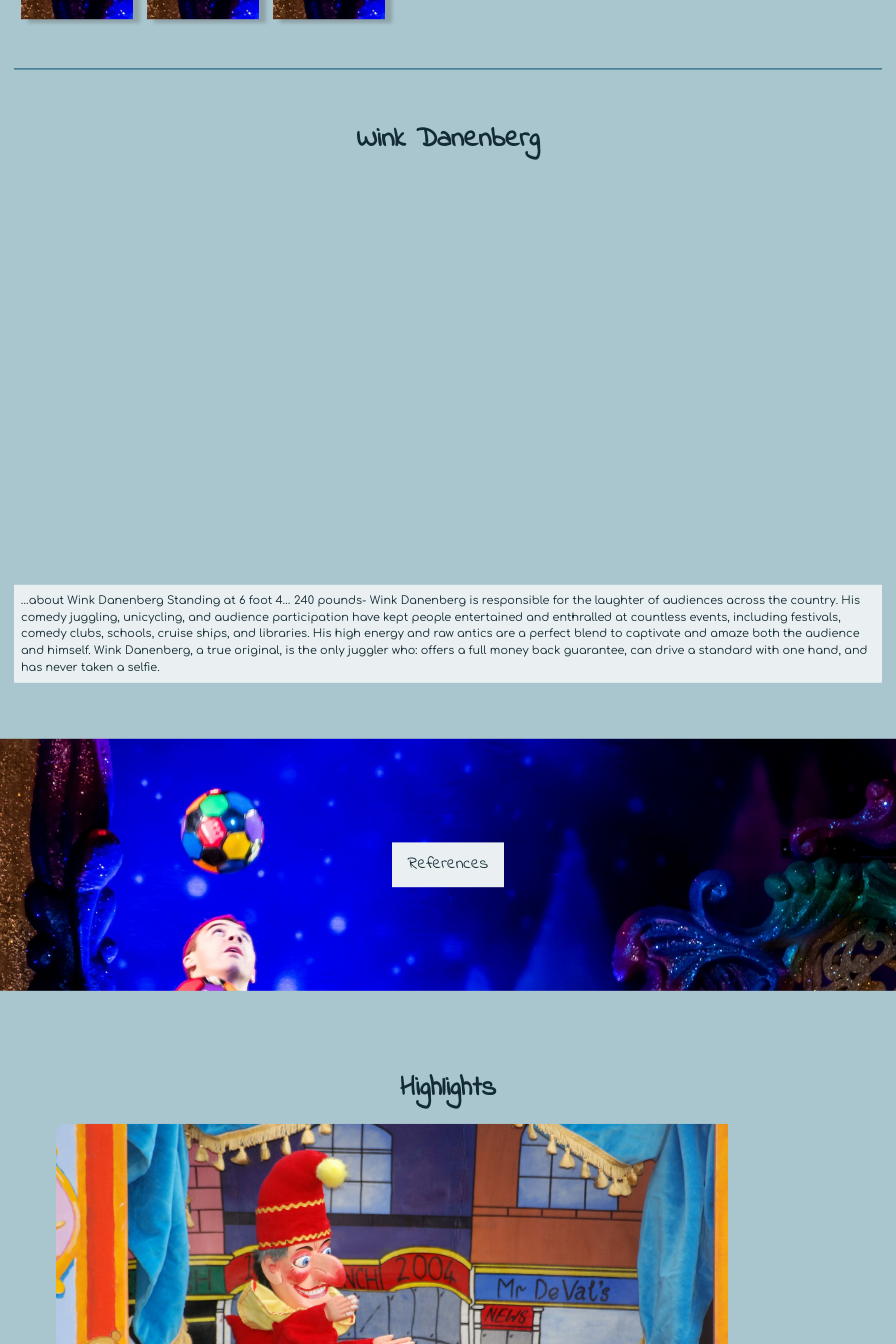
Repository: Sbethm/wink
Page: index.html
The author's editor kept a copy of each file at every save. The page is drawn from the files as they stood at one save, then again after the next save.
The browser window is 1280 px wide. The pictures show the part of the page from y = 1158 to 3078 px (the page is 5480 px tall), at 70% of full size.
The style sheet was rebuilt from its Sass, Less or Tailwind sources for each picture, by a compiler version that may differ from the author's.

Above is the page before, as saved 2021-08-31 13:19:34.

After the next save:
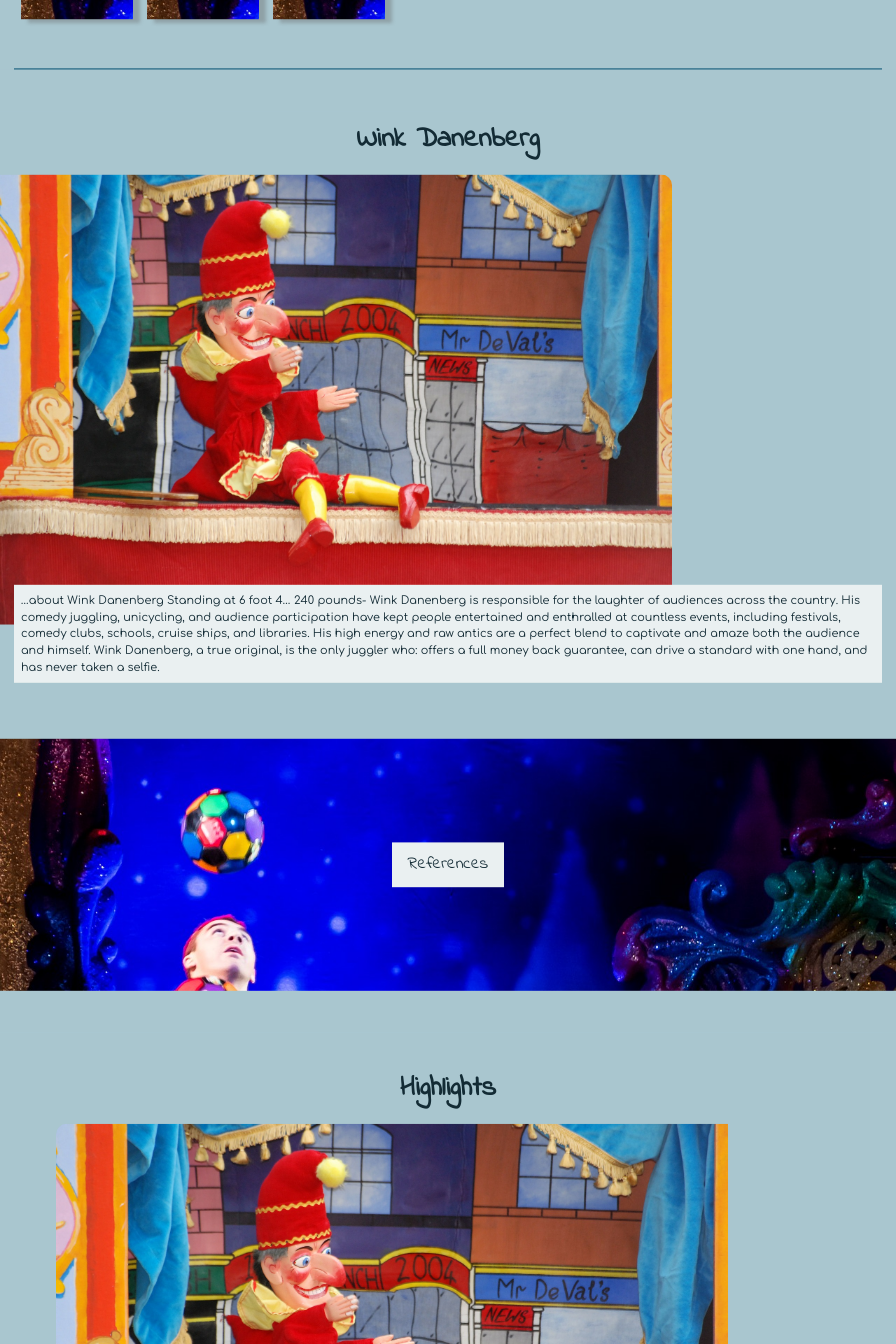
Saved 52 s later.
--- a/SCSS/main.scss
+++ b/SCSS/main.scss
@@ -58,7 +58,7 @@ p {
 }
 
 .js--scroll {
-    opacity: 0;
+    opacity: 1;
     transition: opacity 300ms;
 }
 
